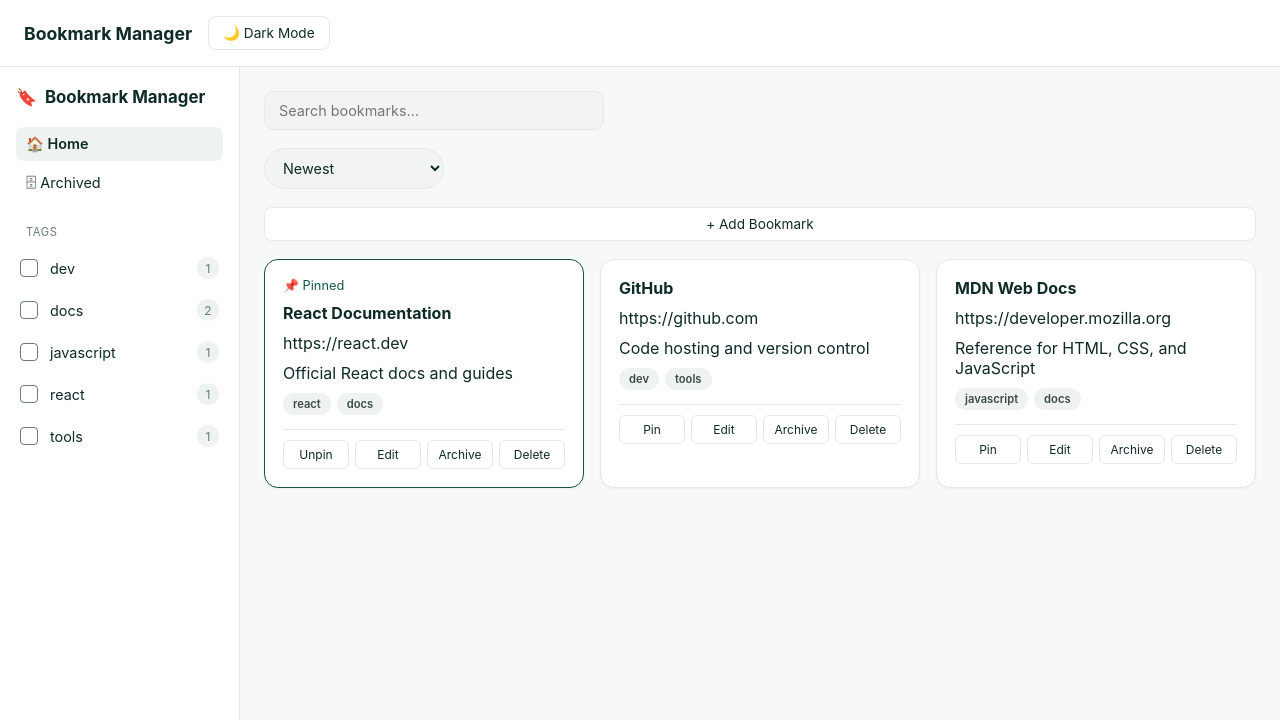
Repository: K0k1M4r/Big-Game-React
Page: /
The author's editor kept a copy of each file at every save. The page is drawn from the files as they stood at one save, then again after the next save.
The browser window is 1280 px wide. The pictures show the whole page.
The project was rebuilt for these pictures with package versions that can differ from the ones it lists, and the page was loaded fresh each time. Also part of the build but not shown: vite.config.js, src/components/Modal.jsx, src/components/BookmarkForm.jsx.

Above is the page before, as saved 2026-09-23 02:03:35.

After the next save:
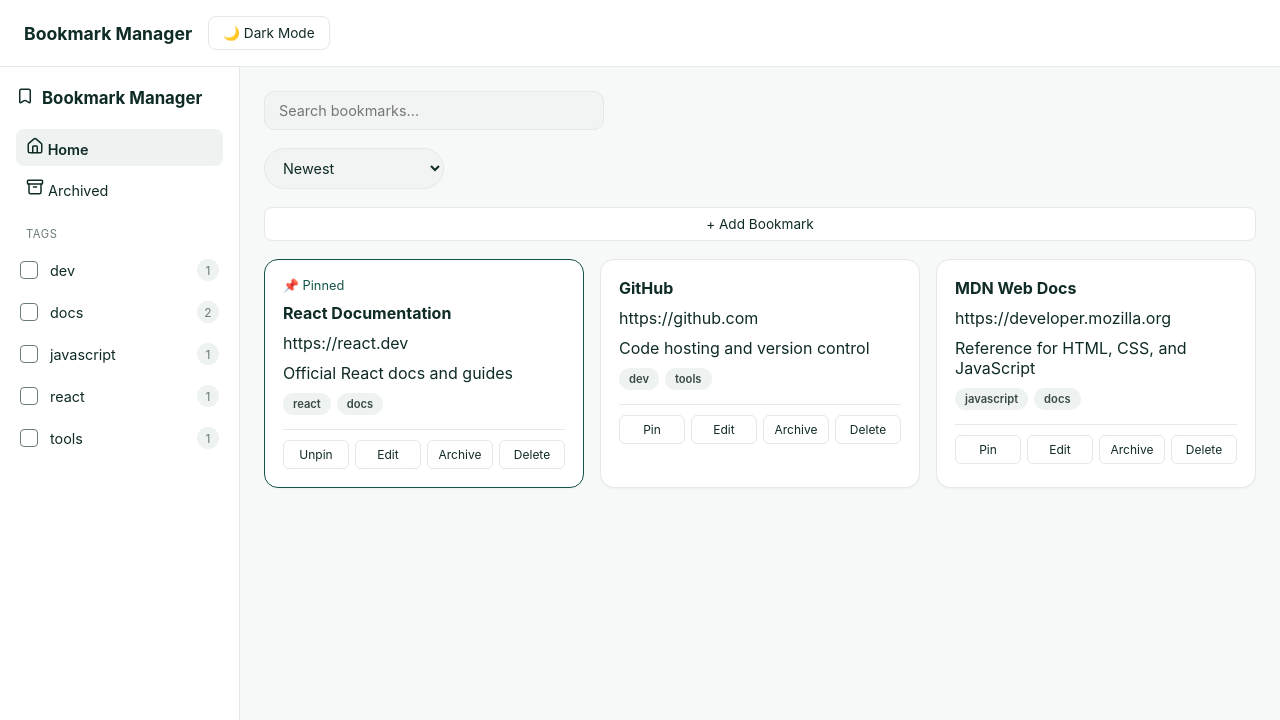
Saved 16 min 9 s later.
--- a/src/components/Layout/Sidebar.jsx
+++ b/src/components/Layout/Sidebar.jsx
@@ -1,8 +1,10 @@
+import { Bookmark, Home, Archive } from "lucide-react";
+
 function Sidebar({ currentView, onChangeView, tags, selectedTag, onSelectTag }) {
   return (
     <nav className="sidebar">
       <div className="sidebar-logo">
-        <span className="logo-icon">🔖</span>
+        <span className="logo-icon"><Bookmark size={18} /></span>
         Bookmark Manager
       </div>
 
@@ -10,13 +12,13 @@
         className={currentView === "all" ? "active" : ""}
         onClick={() => onChangeView("all")}
       >
-        🏠 Home
+        <Home size={18} /> Home
       </button>
       <button
         className={currentView === "archived" ? "active" : ""}
         onClick={() => onChangeView("archived")}
       >
-        🗄 Archived
+        <Archive size={18} /> Archived
       </button>
 
       <p className="sidebar-tags-label">Tags</p>
